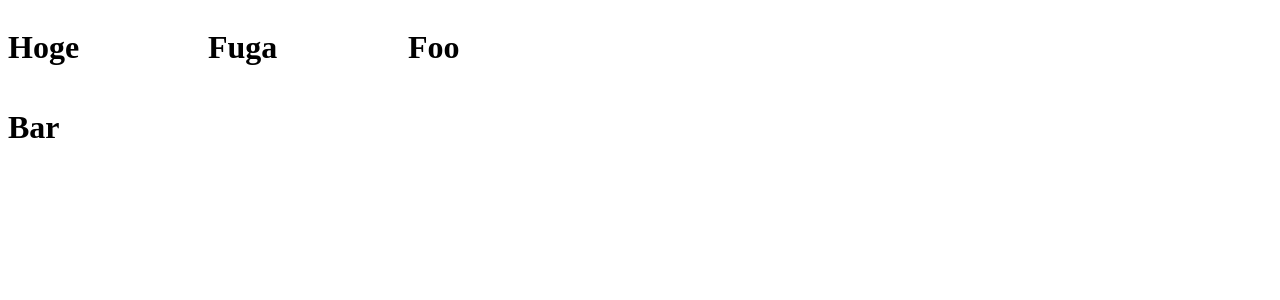
Repository: IzIzKen/samurai_HTML-CSS
Page: HTML CSSを学びWebプログラミングの第一歩を踏み出そう/15章 CSS Grid/index.html
The author's editor kept a record of every edit. The page is drawn from the files as they stood at one moment, then again after the next edit.
The browser window is 1280 px wide. The pictures show the whole page.

Above is the page before.

After the next edit:
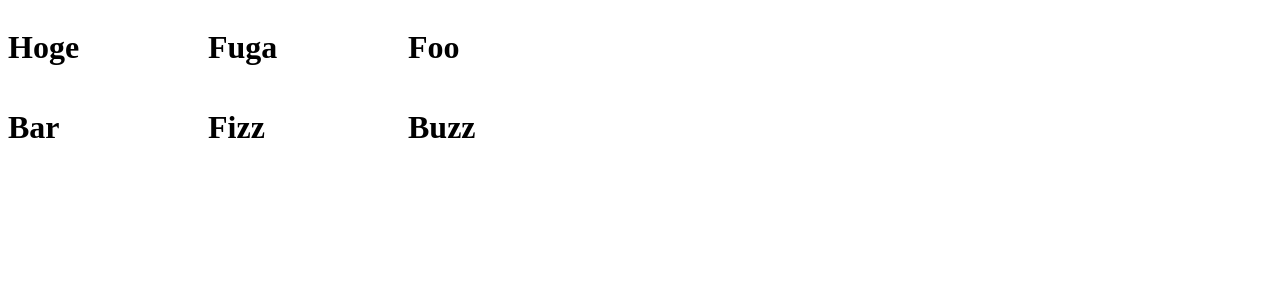
The edit:
--- a/HTML CSSを学びWebプログラミングの第一歩を踏み出そう/15章 CSS Grid/index.html
+++ b/HTML CSSを学びWebプログラミングの第一歩を踏み出そう/15章 CSS Grid/index.html
@@ -15,6 +15,8 @@
         <h1>Fuga</h1>
         <h1>Foo</h1>
         <h1>Bar</h1>
+        <h1>Fizz</h1>
+        <h1>Buzz</h1>
     </div>
 </body>
 </html>
